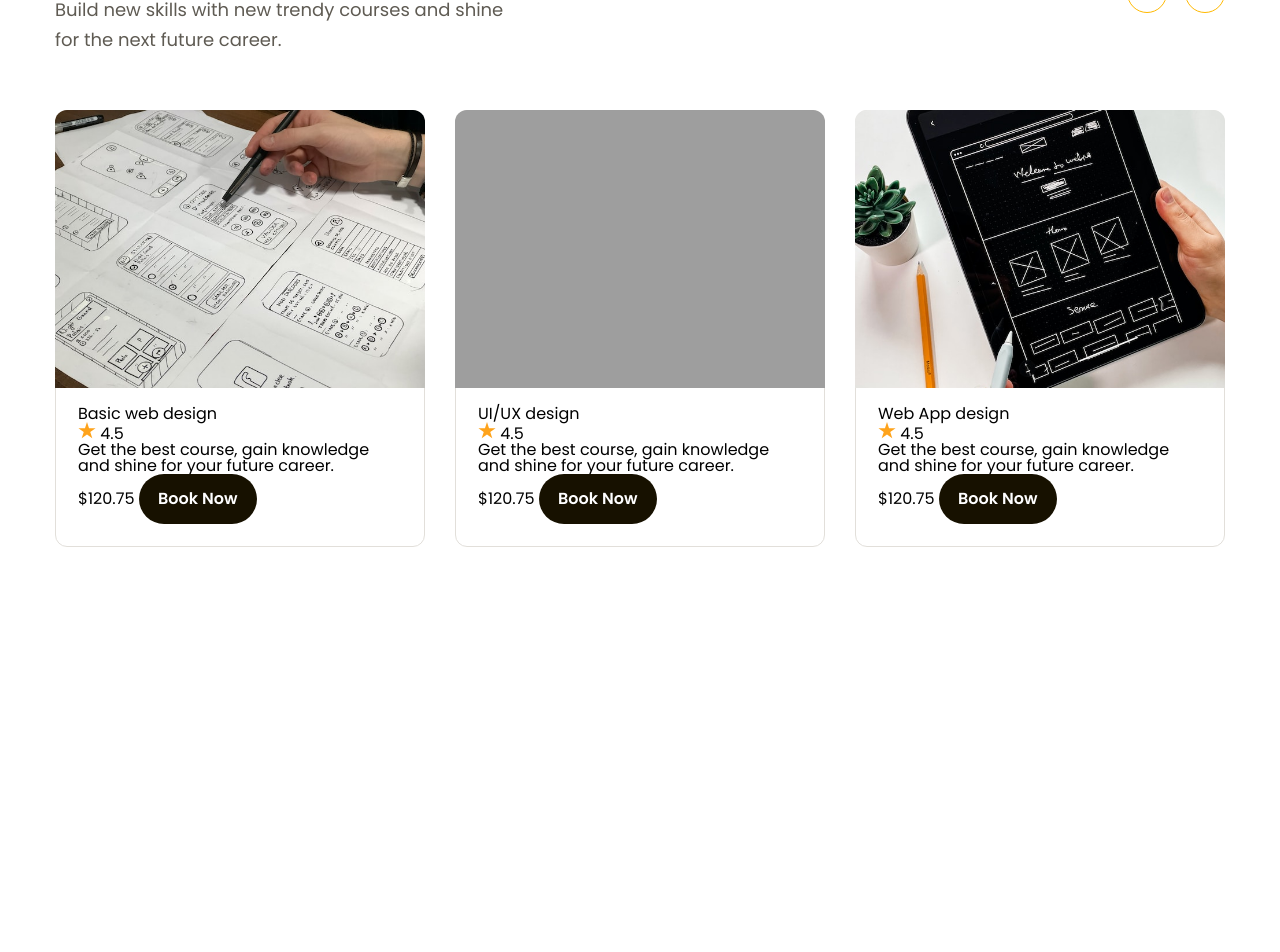
Repository: Tran-Dat/F8-Project-02
Page: index.html
These files come from the project's save history. The page is drawn as it stood at one moment and after the next save; the edit follows.
The browser window is 1280 px wide. The pictures show the part of the page from y = 1169 to 2121 px (the page is 3000 px tall).
Pictures or frames that could not be fetched are drawn as grey boxes. A picture or video elsewhere on the page could not be fetched, so the positions and the page height are approximate.

Above is the page before, as saved 2023-03-30 18:35:56.

### index.html
<!DOCTYPE html>
<html lang="en">
    <head>
        <meta charset="UTF-8" />
        <meta http-equiv="X-UA-Compatible" content="IE=edge" />
        <meta name="viewport" content="width=device-width, initial-scale=1.0" />
        <title>F8 Project 02</title>
        <!-- reset css -->
        <link rel="stylesheet" href="assets/css/reset.css" />

        <!-- Font gg -->
        <link rel="preconnect" href="https://fonts.googleapis.com" />
        <link rel="preconnect" href="https://fonts.gstatic.com" crossorigin />
        <link
            href="https://fonts.googleapis.com/css2?family=Poppins:ital,wght@0,400;0,500;0,600;0,700;1,400&family=Sen:wght@700&display=swap"
            rel="stylesheet"
        />

        <!-- styles css -->
        <link rel="stylesheet" href="assets/css/styles.css" />
    </head>
    <body>
        <main style="height: 3000px">
            <!-- Header -->
            <header class="header fixed">
                <div class="main-content">
                    <div class="body">
                        <!-- Logo -->
                        <img
                            src="./assets/img/Logo-Lesson.svg"
                            alt="Lesseon"
                            class="logo"
                        />

                        <!-- Nav -->
                        <nav class="nav">
                            <ul>
                                <li class="active">
                                    <a href="#!">Home</a>
                                </li>
                                <li>
                                    <a href="#!">Courses</a>
                                </li>
                                <li>
                                    <a href="#!">Pricing</a>
                                </li>
                                <li>
                                    <a href="#!">Reviews</a>
                                </li>
                            </ul>
                        </nav>

                        <!-- ACtion -->
                        <div class="action">
                            <a href="#!" class="btn sign-up-btn">sign up</a>
                        </div>
                    </div>
                </div>
            </header>

            <!-- Hero -->
            <div class="hero">
                <div class="main-content">
                    <div class="body">
                        <!-- hero left -->
                        <div class="media-block">
                            <img
                                src="./assets/img/Hero-img.jpg"
                                alt="Learn without limits and spread knowledge."
                                class="img"
                            />

                            <div class="hero-summary">
                                <!-- Item 1 -->
                                <div class="item">
                                    <div class="icon">
                                        <img
                                            src="./assets/icon/list.svg"
                                            alt=""
                                        />
                                    </div>
                                    <div class="info">
                                        <p class="lable">20 Courses</p>
                                        <p class="title">UI/UX Design</p>
                                    </div>
                                </div>

                                <!-- Item 2 -->
                                <div class="item">
                                    <div class="icon">
                                        <img
                                            src="./assets/icon/code.svg"
                                            alt=""
                                        />
                                    </div>
                                    <div class="info">
                                        <p class="lable">20 Courses</p>
                                        <p class="title">Development</p>
                                    </div>
                                </div>

                                <!-- Item 3 -->
                                <div class="item">
                                    <div class="icon">
                                        <img
                                            src="./assets/icon/speaker.svg"
                                            alt=""
                                        />
                                    </div>
                                    <div class="info">
                                        <p class="lable">30 Courses</p>
                                        <p class="title">Marketing</p>
                                    </div>
                                </div>
                            </div>
                        </div>

                        <!-- hero right -->
                        <div class="content-block">
                            <h1 class="heading lv1">
                                Learn without limits and spread knowledge.
                            </h1>
                            <p class="desc">
                                Build new skills for that “this is my year”
                                feeling with courses, certificates, and degrees
                                from world-class universities and companies.
                            </p>
                            <div class="cta-group">
                                <a href="" class="btn hero-cta">See Courses</a>
                                <button class="watch-video">
                                    <div class="icon">
                                        <img
                                            src="./assets/icon/play.svg"
                                            alt=""
                                        />
                                    </div>
                                    <span>Watch Video</span>
                                </button>
                            </div>
                            <p class="desc">Recent engagement</p>
                            <p class="desc stats">
                                <strong>50K</strong> Students
                                <strong>70+</strong> Courses
                            </p>
                        </div>
                    </div>
                </div>
            </div>

            <!-- Popular -->
            <div class="popular">
                <div class="main-content">
                    <!-- Popular-top -->
                    <div class="popular-top">
                        <div class="info">
                            <h2 class="heading lv2">Our popular courses</h2>
                            <p class="desc">
                                Build new skills with new trendy courses and
                                shine for the next future career.
                            </p>
                        </div>
                        <div class="controls">
                            <button class="control-btn">
                                <svg
                                    width="8"
                                    height="14"
                                    viewBox="0 0 8 14"
                                    fill="none"
                                    xmlns="http://www.w3.org/2000/svg"
                                >
                                    <path
                                        d="M7 1L1 7L7 13"
                                        stroke="currentColor"
                                        stroke-linecap="round"
                                        stroke-linejoin="round"
                                    />
                                </svg>
                            </button>
                            <button class="control-btn">
                                <svg
                                    width="8"
                                    height="14"
                                    viewBox="0 0 8 14"
                                    fill="none"
                                    xmlns="http://www.w3.org/2000/svg"
                                >
                                    <path
                                        d="M1 1L7 7L1 13"
                                        stroke="currentColor"
                                        stroke-linecap="round"
                                        stroke-linejoin="round"
                                    />
                                </svg>
                            </button>
                        </div>
                    </div>

                    <!-- Course-bottom -->
                    <div class="course-list">
                        <!-- course-item 1 -->
                        <div class="course-item">
                            <img
                                src="./assets/img/course-1.jpg"
                                alt="Basic web design"
                                class="thumb"
                            />
                            <div class="info">
                                <!-- head-info-course -->
                                <div class="head">
                                    <h3 class="title">Basic web design</h3>
                                    <div class="rating">
                                        <img
                                            src="./assets/icon/Star.svg"
                                            alt="star"
                                            class="star"
                                        />
                                        <span class="value">4.5</span>
                                    </div>
                                </div>

                                <!-- p-info-course -->
                                <p class="desc">
                                    Get the best course, gain knowledge and
                                    shine for your future career.
                                </p>

                                <!-- foot-info-course -->
                                <div class="foot">
                                    <span class="price">$120.75</span>
                                    <div class="btn">Book Now</div>
                                </div>
                            </div>
                        </div>

                        <!-- course-item 2 -->
                        <div class="course-item">
                            <img
                                src="./assets/img/course-2.jpg"
                                alt="UI/UX design"
                                class="thumb"
                            />
                            <div class="info">
                                <!-- head-info-course -->
                                <div class="head">
                                    <h3 class="title">UI/UX design</h3>
                                    <div class="rating">
                                        <img
                                            src="./assets/icon/Star.svg"
                                            alt="star"
                                            class="star"
                                        />
                                        <span class="value">4.5</span>
                                    </div>
                                </div>

                                <!-- p-info-course -->
                                <p class="desc">
                                    Get the best course, gain knowledge and
                                    shine for your future career.
                                </p>

                                <!-- foot-info-course -->
                                <div class="foot">
                                    <span class="price">$120.75</span>
                                    <div class="btn">Book Now</div>
                                </div>
                            </div>
                        </div>

                        <!-- course-item 3 -->
                        <div class="course-item">
                            <img
                                src="./assets/img/course-3.jpg"
                                alt="Web App design"
                                class="thumb"
                            />
                            <div class="info">
                                <!-- head-info-course -->
                                <div class="head">
                                    <h3 class="title">Web App design</h3>
                                    <div class="rating">
                                        <img
                                            src="./assets/icon/Star.svg"
                                            alt="star"
                                            class="star"
                                        />
                                        <span class="value">4.5</span>
                                    </div>
                                </div>

                                <!-- p-info-course -->
                                <p class="desc">
                                    Get the best course, gain knowledge and
                                    shine for your future career.
                                </p>

                                <!-- foot-info-course -->
                                <div class="foot">
                                    <span class="price">$120.75</span>
                                    <div class="btn">Book Now</div>
                                </div>
                            </div>
                        </div>
                    </div>
                </div>
            </div>
        </main>
    </body>
</html>

### assets/css/styles.css
* {
    box-sizing: border-box;
}

:root {
    --primary-color: #ffb900;
    --font-heading: Sen, sans-serif;
}

html {
    font-size: 62.5%;
}

body {
    font-size: 1.6rem;
    font-family: "Poppins", sans-serif;
}

/*=================================================================== Common ===================================================================*/
a {
    text-decoration: none;
}

.heading {
    font-weight: 700;
    font-size: 5.8rem;
    color: #171100;
    font-family: var(--font-heading);
}

.heading.lv1 {
    line-height: 1.17;
    letter-spacing: -0.02em;
}

.heading.lv2 {
    font-size: 3.8rem;
    line-height: 1.26;
}

.btn {
    display: inline-block;
    min-width: 118px;
    padding: 0 16px;
    line-height: 50px;
    font-weight: 600;
    font-size: 1.6rem;
    text-align: center;
    color: #ffffff;
    background: #171100;
    border-radius: 999px;
}

.btn:hover {
    opacity: 0.8;
}

.main-content {
    width: 1170px;
    max-width: calc(100% - 48px);
    margin-left: auto;
    margin-right: auto;
}

/*=================================================================== Header =================================================================== */

.header {
    background: #fffcf4;
}

.header.fixed {
    position: sticky;
    top: -28px;
    z-index: 10;
}

.header .body {
    display: flex;
    align-items: center;
    padding: 36px 0 8px;
}

.nav {
    margin-left: auto;
}

.nav ul {
    display: flex;
}

.nav a {
    position: relative;
    padding: 8px 21px;
    font-size: 1.6rem;
    color: #5f5b53;
}

.nav a:hover,
.nav li.active a {
    /* font-weight: 600; */
    text-shadow: 1px 0 0 currentColor;
    color: #171100;
}

.nav li.active a::after {
    position: absolute;
    left: 21px;
    bottom: 6px;
    display: block;
    content: "";
    width: 12px;
    height: 2px;
    background: #171100;
    border-radius: 1px;
}

.header .sign-up-btn {
    min-width: 144px;
}

.header .action {
    margin-left: 49px;
}

/*=================================================================== Hero =================================================================== */
.hero {
    padding: 56px 0 65px;
    background: #fffcf4;
}

.hero .body {
    display: flex;
}

/* ========= Hero-left========== */

.hero .media-block {
    width: 48%;
    position: relative;
}

.hero .media-block .img {
    width: 470px;
    height: 685px;
    object-fit: cover;
    border-radius: 20px;
    display: block;
}

.hero-summary {
    position: absolute;
    right: 0;
    bottom: 48px;
    padding: 24px 58px 24px 24px;
    background: #ffffff;
    box-shadow: 0px 16px 32px rgba(0, 0, 0, 0.05);
    border-radius: 12px;
}

.hero-summary .item {
    display: flex;
    align-items: center;
}

.hero-summary .item + .item {
    margin-top: 22px;
}

.hero-summary .icon {
    width: 48px;
    height: 48px;
    border-radius: 50%;
    display: flex;
    align-items: center;
    justify-content: center;
    background: #fff9e8;
}

.hero-summary .item:nth-of-type(2) .icon {
    background: #fcefff;
}

.hero-summary .item:nth-of-type(3) .icon {
    background: #ebeaff;
}

.hero-summary .info {
    margin-left: 16px;
}

.hero-summary .lable {
    font-size: 1.4rem;
    line-height: 1.86;
    color: #5f5b53;
}

.hero-summary .title {
    font-weight: 600;
    font-size: 1.8rem;
    line-height: 1.67;
    color: #171100;
}

/* ========= Hero-right========== */

.hero .content-block {
    width: 52%;
    padding: 64px 0 0 130px;
}

.hero .desc {
    margin-top: 22px;
    font-size: 1.8rem;
    line-height: 1.67;
    color: #5f5b53;
}

.hero .cta-group {
    display: flex;
    align-items: center;
    margin: 38px 0 48px;
}

.hero-cta {
    min-width: 180px;
    line-height: 64px;
    background-color: var(--primary-color);
}

.hero .watch-video {
    align-items: center;
    display: flex;
    margin-left: 28px;
    border: none;
    background: #fffcf4;
    cursor: pointer;
}

.hero .watch-video .icon {
    display: flex;
    align-items: center;
    justify-content: center;
    width: 40px;
    height: 40px;
    border-radius: 50%;
    background: #ffffff;
    box-shadow: 0px 8px 16px rgba(0, 0, 0, 0.07);
}

.hero .watch-video span {
    font-weight: 600;
    margin-left: 14px;
    font-size: 1.8rem;
    line-height: 1.67;
    color: #171100;
}

.hero .stats {
    margin: 8px 0 0 -28px;
}

.hero .stats strong {
    padding: 0 8px 0 28px;
    font-weight: 700;
    font-size: 4.4rem;
    line-height: 1.23;
    font-family: var(--font-heading);
    color: #171100;
}

/*=================================================================== Popular =================================================================== */

.popular {
    padding-top: 200px;
}

.popular-top {
    display: flex;
    justify-content: space-between;
    align-items: center;
}

.popular-top .desc {
    margin-top: 16px;
    width: 458px;
    font-size: 1.8rem;
    line-height: 1.67;
    color: #5f5b53;
}

.popular-top .controls {
    display: flex;
    gap: 18px;
}

.popular-top .control-btn {
    display: flex;
    align-items: center;
    justify-content: center;
    width: 40px;
    height: 40px;
    color: var(--primary-color);
    border: 1px solid var(--primary-color);
    border-radius: 50%;
    background: transparent;
}

.popular-top .control-btn:hover {
    color: #fff;
    background-color: var(--primary-color);
    border: 1px solid var(--primary-color);
    cursor: pointer;
}

/* ========= course-list ========= */

.popular .course-list {
    margin-top: 55px;
    gap: 30px;
    display: flex;
}

.popular .course-item {
    flex: 1;
    background: #fff;
    border: 1px solid #e2dfda;
    border-radius: 12px;
}

.popular .course-item .thumb {
    margin: -1px;
    width: calc(100% + 2px);
    height: 278px;
    object-fit: cover;
    border-radius: 12px 12px 0px 0px;
}

.popular .course-item .info {
    padding: 16px 22px 22px;
}

Loaded but not shown: assets/css/reset.css (common file)

After the next save:
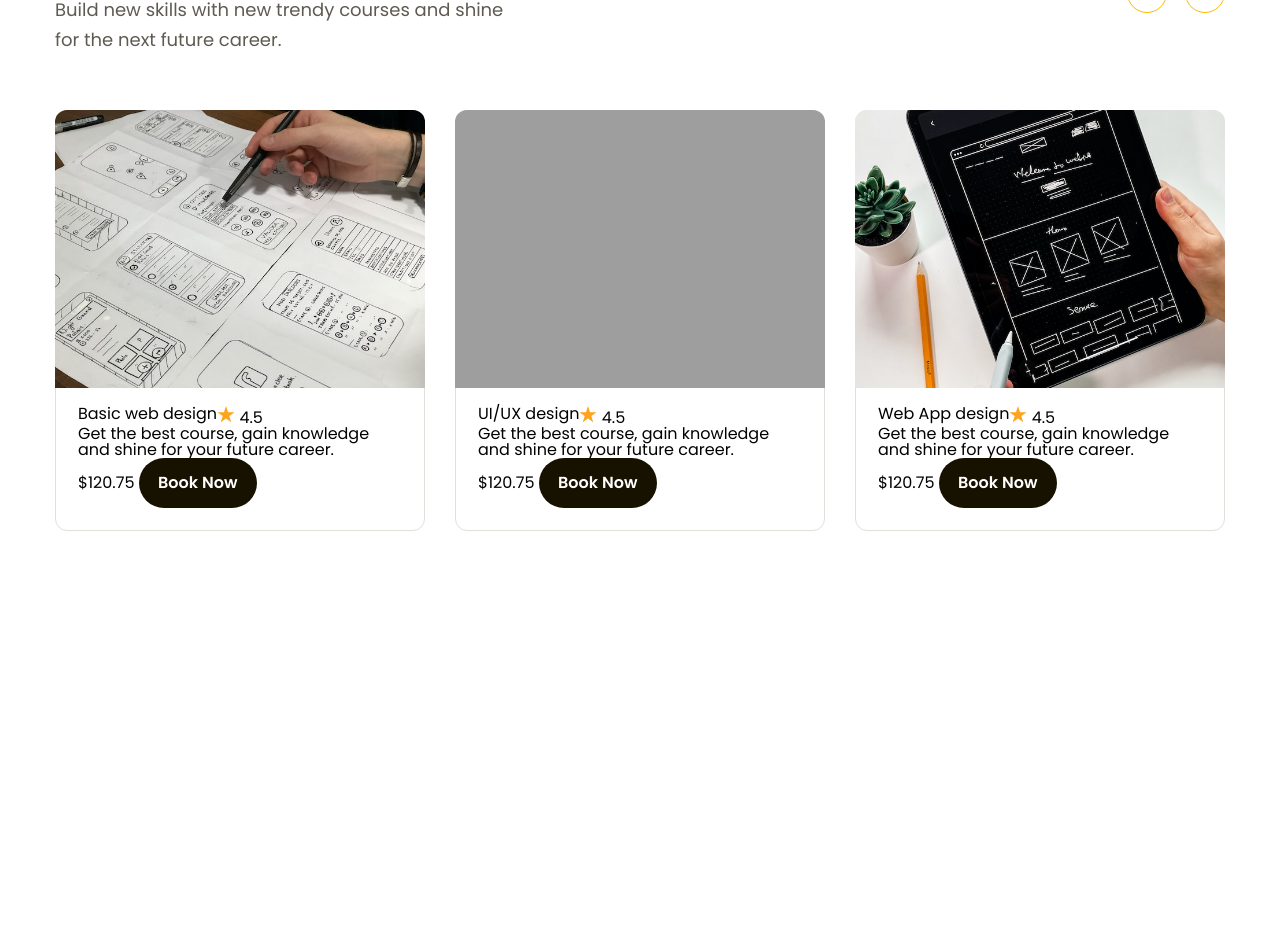
Saved 25 s later.
--- a/assets/css/styles.css
+++ b/assets/css/styles.css
@@ -338,3 +338,7 @@ a {
 .popular .course-item .info {
     padding: 16px 22px 22px;
 }
+
+.popular .course-item .info .head {
+    display: flex;
+}
